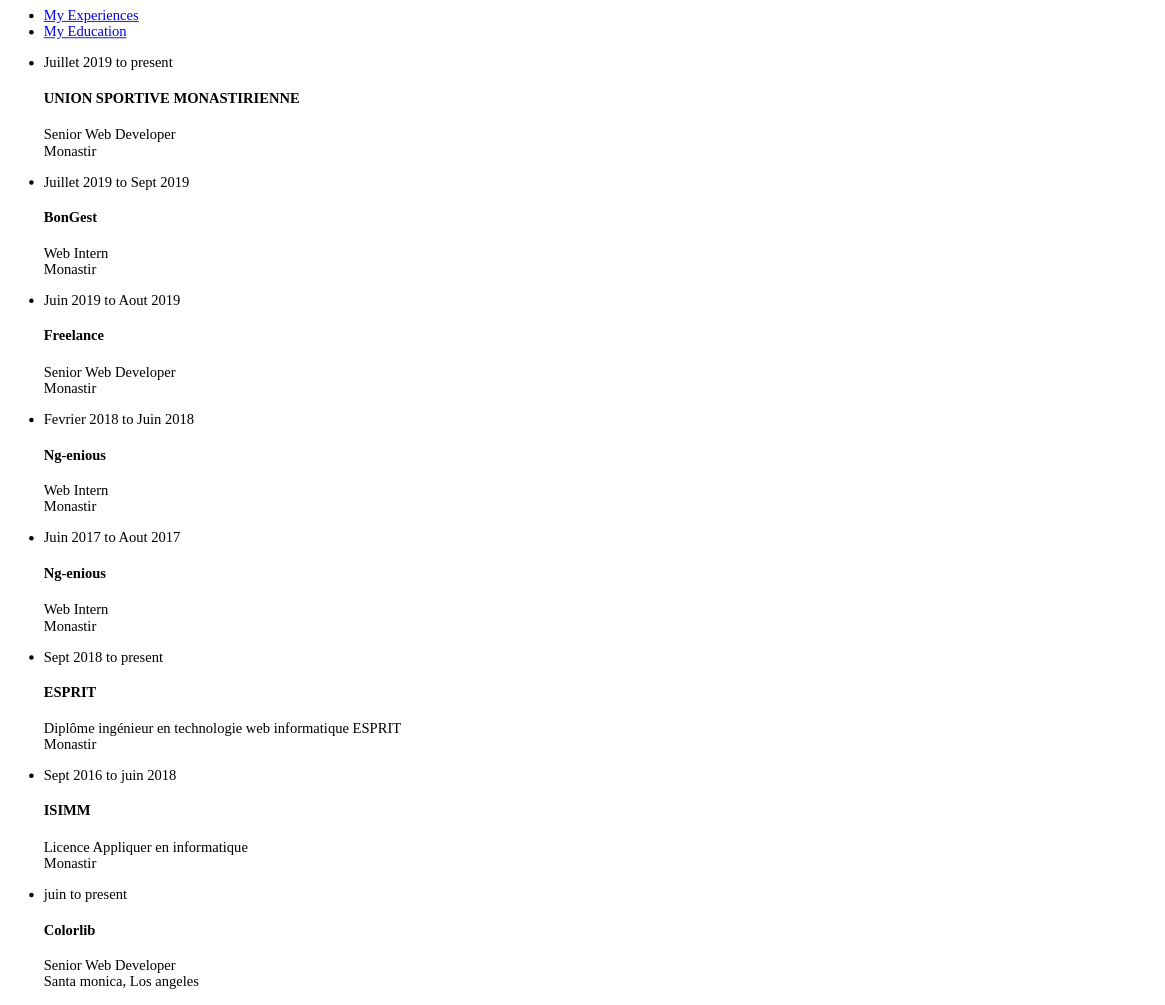
Repository: ChaabeneHabib/habib-chaabene
Page: formationExperience.html
The author's editor kept a copy of each file at every save. The page is drawn from the files as they stood at one save, then again after the next save.
The browser window is 1280 px wide. The pictures show the whole page, at 91% of full size.

Above is the page before, as saved 2019-11-16 15:41:37.

### formationExperience.html
<section class="mytabs_area p_120">
		<div class="container">
			<div class="tabs_inner">
				<ul class="nav nav-tabs" id="myTab" role="tablist">
					<li class="nav-item">
						<a class="nav-link active" id="home-tab" data-toggle="tab" href="#home" role="tab"
							aria-controls="home" aria-selected="true">My Experiences</a>
					</li>
					<li class="nav-item">
						<a class="nav-link" id="profile-tab" data-toggle="tab" href="#profile" role="tab"
							aria-controls="profile" aria-selected="false">My Education</a>
					</li>
				</ul>
				<div class="tab-content" id="myTabContent">
					<div class="tab-pane fade show active" id="home" role="tabpanel" aria-labelledby="home-tab">
						<ul class="list">
							<li>
								<span></span>
								<div class="media">
									<div class="d-flex">
										<p>Juillet 2019 to present</p>
									</div>
									<div class="media-body">
										<h4>UNION SPORTIVE MONASTIRIENNE</h4>
										<p>Senior Web Developer <br />Monastir</p>
									</div>
								</div>
							</li>
							<li>
								<span></span>
								<div class="media">
									<div class="d-flex">
										<p>Juillet 2019 to Sept 2019</p>
									</div>
									<div class="media-body">
										<h4>BonGest</h4>
										<p>Web Intern  <br />Monastir </p>
									</div>
								</div>
							</li>
							<li>
								<span></span>
								<div class="media">
									<div class="d-flex">
										<p>Juin 2019 to Aout 2019</p>
									</div>
									<div class="media-body">
										<h4>Freelance</h4>
										<p>Senior Web Developer <br />Monastir</p>
									</div>
								</div>
                            </li>
                            <li>
                                    <span></span>
                                    <div class="media">
                                        <div class="d-flex">
                                            <p>Fevrier 2018 to Juin 2018</p>
                                        </div>
                                        <div class="media-body">
                                            <h4>Ng-enious</h4>
                                            <p>Web Intern <br />Monastir</p>
                                        </div>
                                    </div>
                                </li>
                                <li>
                                        <span></span>
                                        <div class="media">
                                            <div class="d-flex">
                                                <p>Juin 2017 to Aout 2017</p>
                                            </div>
                                            <div class="media-body">
                                                <h4>Ng-enious</h4>
                                                <p>Web Intern <br />Monastir</p>
                                            </div>
                                        </div>
                                    </li>
						</ul>
					</div>
					<div class="tab-pane fade" id="profile" role="tabpanel" aria-labelledby="profile-tab">
						<ul class="list">
							<li>
								<span></span>
								<div class="media">
									<div class="d-flex">
										<p>Sept 2018 to present</p>
									</div>
									<div class="media-body">
										<h4>ESPRIT</h4>
										<p>Diplôme ingénieur en technologie web  informatique ESPRIT<br />Monastir </p>
									</div>
								</div>
							</li>
							<li>
								<span></span>
								<div class="media">
									<div class="d-flex">
										<p>Sept 2016 to juin 2018</p>
									</div>
									<div class="media-body">
										<h4>ISIMM</h4>
										<p>Licence Appliquer en informatique   <br />Monastir</p>
									</div>
								</div>
							</li>
							<li>
								<span></span>
								<div class="media">
									<div class="d-flex">
										<p>juin  to present</p>
									</div>
									<div class="media-body">
										<h4>Colorlib</h4>
										<p>Senior Web Developer <br />Santa monica, Los angeles</p>
									</div>
								</div>
							</li>
						</ul>
					</div>
				</div>
			</div>
		</div>
	</section>

After the next save:
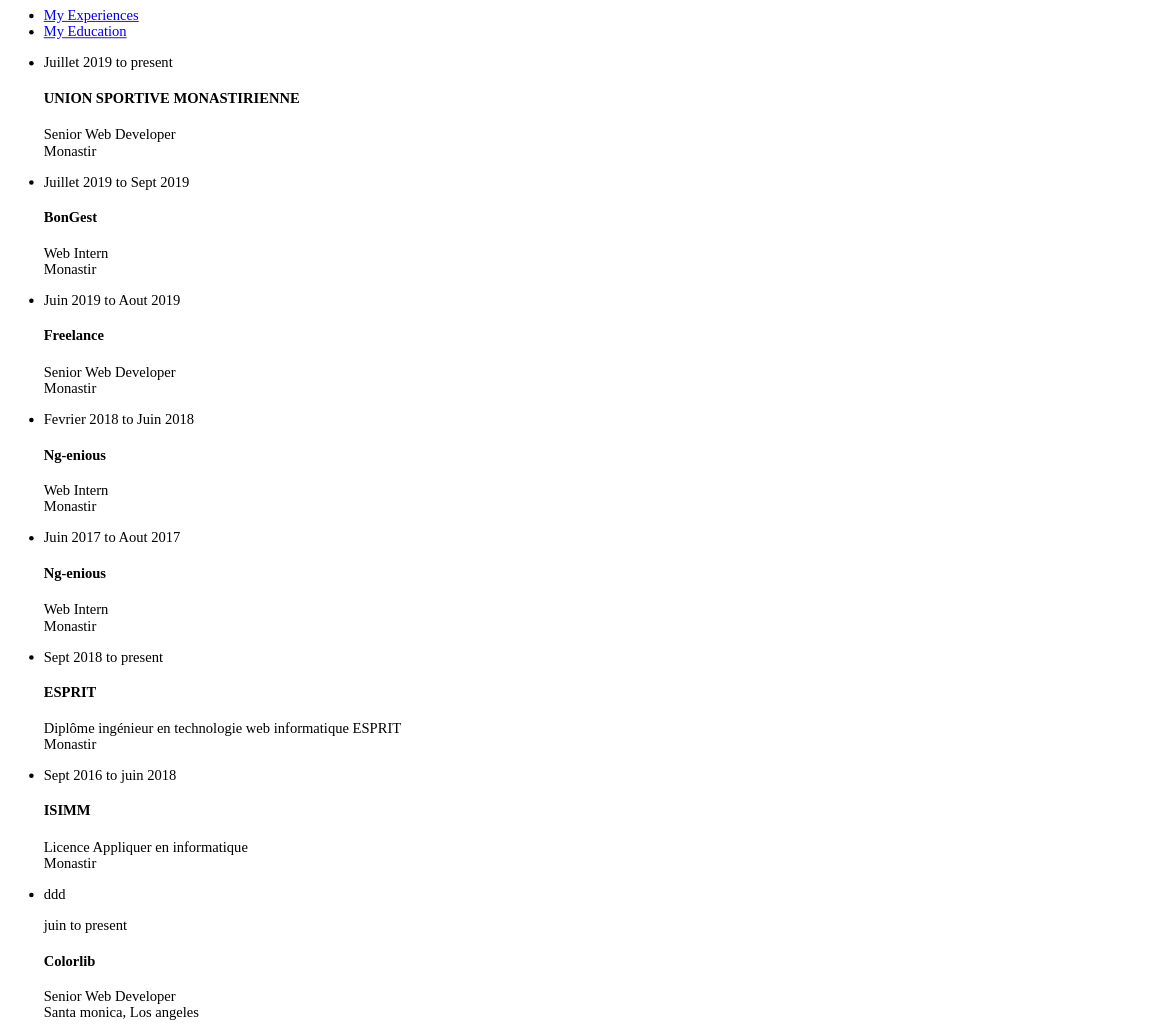
Saved 21 s later.
--- a/formationExperience.html
+++ b/formationExperience.html
@@ -103,7 +103,7 @@
 								</div>
 							</li>
 							<li>
-								<span></span>
+								<span>ddd</span>
 								<div class="media">
 									<div class="d-flex">
 										<p>juin  to present</p>
